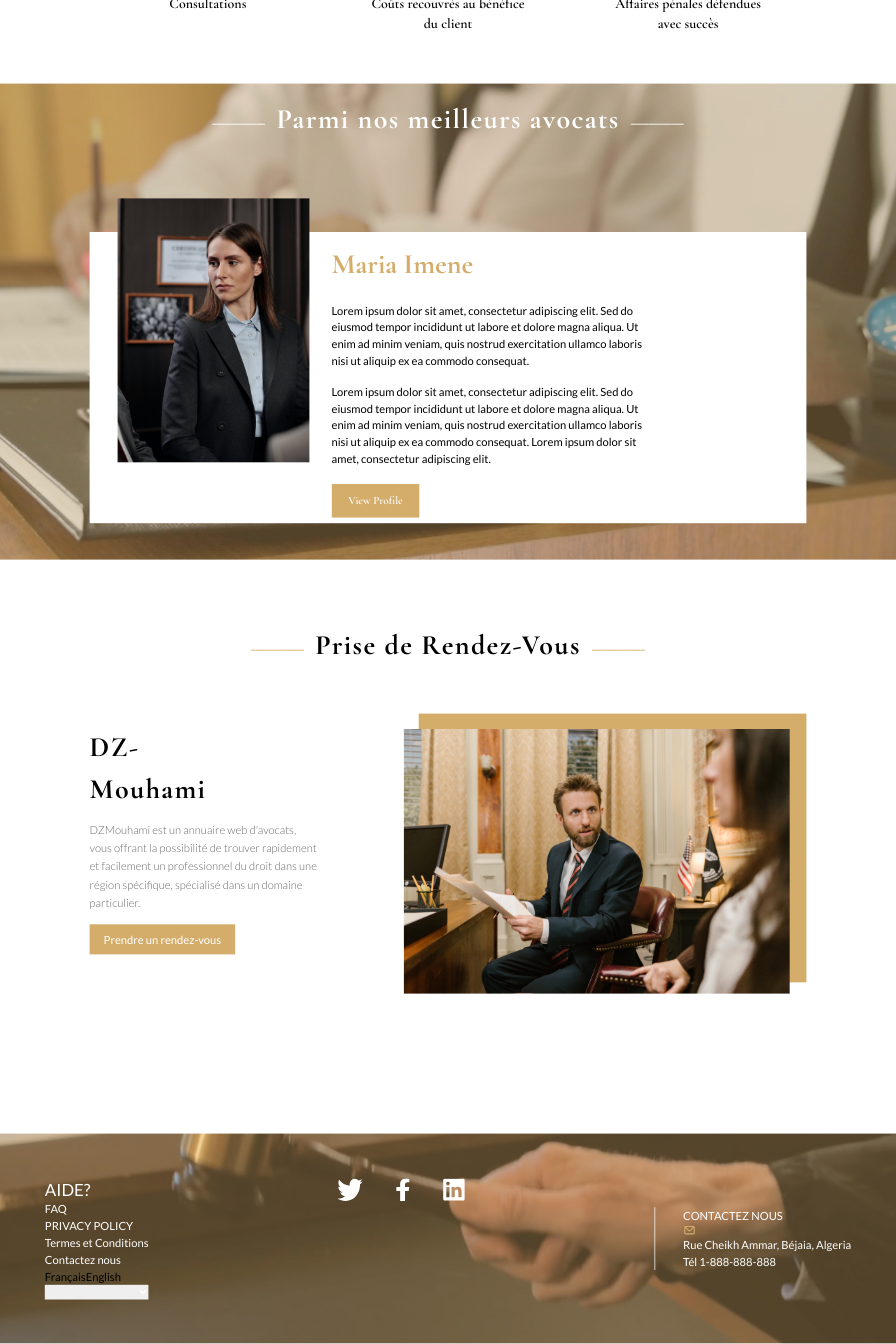
Repository: Chekrouba-Tinhinane/Mohami_dz
Page: / (app in client/)
These files come from the project's save history. The page is drawn as it stood at one moment and after the next save; the edit follows.
The browser window is 1280 px wide. The pictures show the part of the page from y = 2348 to 4268 px (the page is 4268 px tall), at 70% of full size.
The project was rebuilt for these pictures with package versions that can differ from the ones it lists, and the page was loaded fresh each time. Also part of the build but not shown: client/vite.config.js, client/src/SignIn.jsx, client/src/components/Selector.jsx, client/src/components/SearchContainer.jsx, client/src/Search.jsx, client/src/components/super/HomeLayout.jsx, client/src/components/Profile.jsx.

Above is the page before, as saved 2024-01-25 18:16:35.

After the next save:
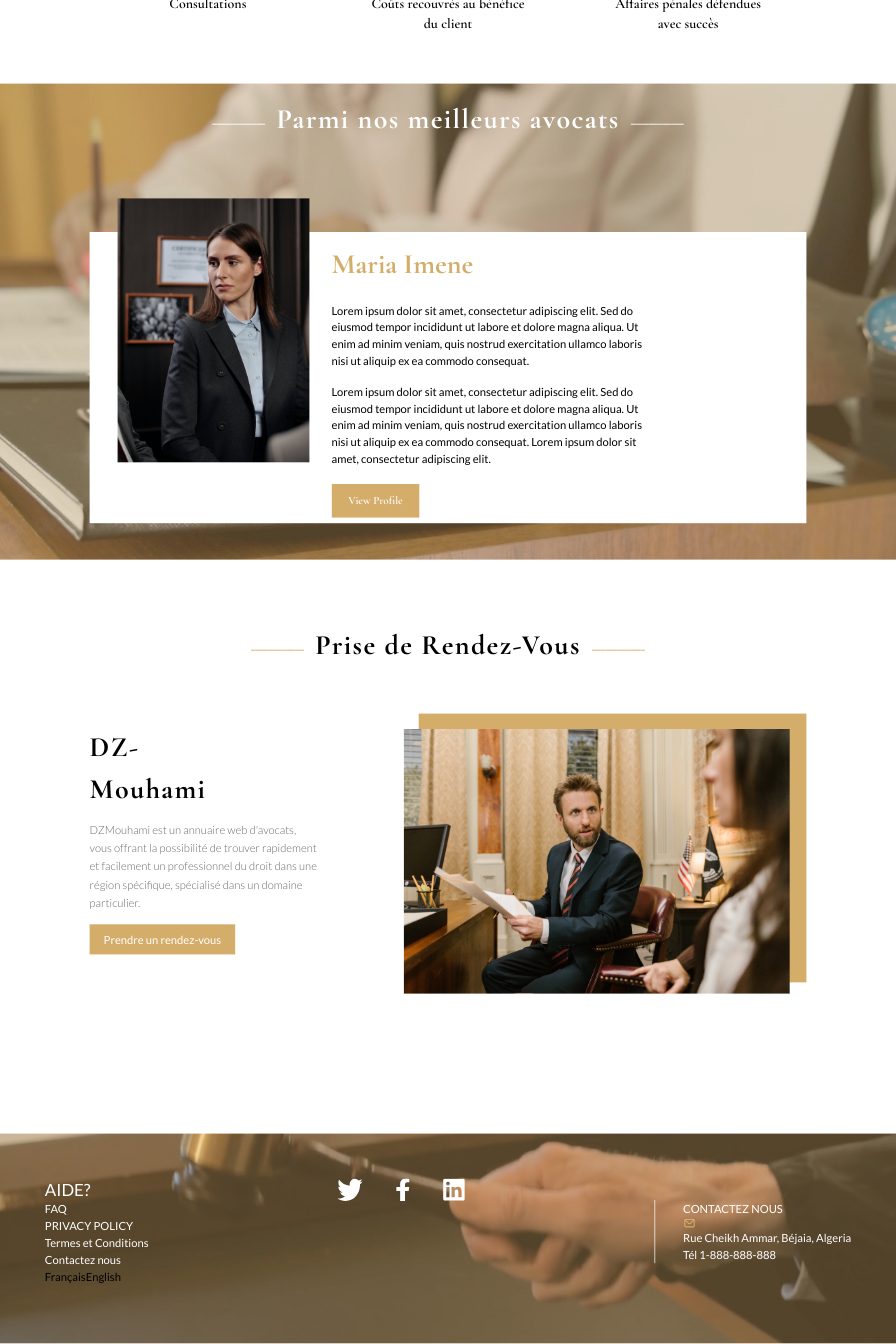
Saved 76 s later.
--- a/client/src/LandingPage.jsx
+++ b/client/src/LandingPage.jsx
@@ -298,7 +298,6 @@ function Footer() {
         <button onClick={() => handleLanguageChange('fr')}>Français</button>
         <button onClick={() => handleLanguageChange('en')}>English</button>
       </div>
-            <select name="" id=""></select>
 
           </div>
 
